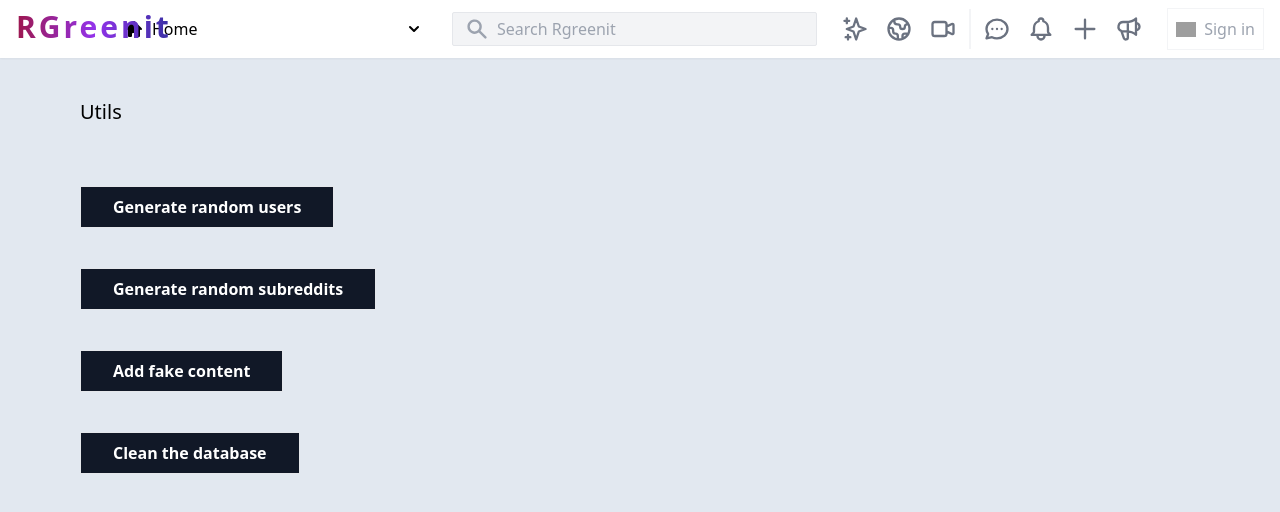
Repository: ITDevSolution/RGreen-it
Page: /utils
These files come from the project's save history. The page is drawn as it stood at one moment and after the next save; the edit follows.
The browser window is 1280 px wide. The pictures show the whole page.
Pictures or frames that could not be fetched are drawn as grey boxes. The page's requests for data from a server got no answer. The project was rebuilt for these pictures with package versions that can differ from the ones it lists, and the page was loaded fresh each time. The framework's server and built-in components were replaced by stand-ins that run in the browser. No one was signed in, and anything a server would have sent is missing. Also part of the build but not shown: next.config.js.

Above is the page before, as saved 2022-07-08 11:26:55.

### pages/_app.js
import "../styles/globals.css"
import { SessionProvider } from "next-auth/react"
import Header from "components/Header"

import { Toaster } from "react-hot-toast"

function MyApp({ Component, pageProps: { session, ...pageProps } }) {
  return (
    <SessionProvider session={session}>
      <Toaster />
      <div className="h-screen overflow-y-scroll bg-slate-200 ">
        <Header />
        <Component {...pageProps} />
      </div>
    </SessionProvider>
  )
}

export default MyApp

### pages/utils.js
import React from "react"

export default function Utils() {
  const tasks = [
    { task: "generate_users", description: "Generate random users" },
    { task: "generate_subreddits", description: "Generate random subreddits" },
    { task: "add_fake_content", description: "Add fake content" },
    { task: "clean_database", description: "Clean the database" },
  ]

  const Button = ({ task }) => (
    <div className="flex-1 mb-5">
      <button
        onClick={async () => {
          await fetch("/api/utils", {
            body: JSON.stringify({
              task: task.task,
            }),
            headers: {
              "Content-Type": "application/json",
            },
            method: "POST",
          })
        }}
        className="border px-8 py-2 mt-5 mr-8 font-bold rouned-full bg-gray-900 text-white"
      >
        {task.description}
      </button>
    </div>
  )
  return (
    <div className="mt-10  ml-20">
      <h2 className="mb-10 text-xl">Utils</h2>
      {tasks.map((task, index) => (
        <Button key={index} task={task} />
      ))}
    </div>
  )
}

### styles/globals.css
@tailwind base;
@tailwind components;
@tailwind utilities;

@layer components {
    .icon{
        @apply h-9 w-6 lg:w-9 cursor-pointer rounded-sm lg:p-1 lg:hover:bg-gray-100
    }

    .voteButtons {
        @apply h-6 w-6 hover:bg-gray-200 p-1 rounded-md
    }

    .postButtons {
        @apply flex items-center space-x-1 text-sm font-light p-2 hover:bg-gray-100 cursor-pointer rounded-sm
    }
}

### components/Header.js
import Image from "next/image"
import React from "react"
import {
  ChevronDownIcon,
  HomeIcon,
  MenuIcon,
  SearchIcon,
} from "@heroicons/react/solid"
import {
  BellIcon,
  ChatIcon,
  GlobeIcon,
  PlusIcon,
  SparklesIcon,
  SpeakerphoneIcon,
  VideoCameraIcon,
} from "@heroicons/react/outline"
import { signIn, signOut, useSession } from "next-auth/react"
import Link from "next/link"

function Header() {
  const { data: session, status } = useSession()

  return (
    <div className="sticky top-0 z-50 flex bg-white px-4 py-2 shadow-sm items-center">
      {/* logo */}
      <div className="relative h-10 w-20 flex-shrink-0 cursor-pointer">
        <Link href={`/`}>
          {/* <Image
            src={`https://res.cloudinary.com/joeloff-dev/image/upload/v1656506700/Reddit_logo_new.svg_mxmb5x.png`}
            layout="fill"
            objectFit="contain"
          /> */}
          <span className="bg-gradient-to-r from-pink-800 via-purple-600 to-indigo-800 bg-clip-text align-middle text-3xl font-black tracking-widest text-transparent ">
            RGreenit
          </span>
        </Link>
      </div>
      {/* Home */}
      <div className="mx-7 flex items-center xl:min-w-[300px]">
        <HomeIcon className="h-5 w-5" />
        <p className="ml-2 hidden flex-1 lg:inline">Home</p>
        <ChevronDownIcon className="h-5 w-5" />
      </div>
      {/* Search box */}
      <form className="flex flex-1 items-center space-x-2 rounded-sm border border-gray-200 bg-gray-100 px-3 py-1 ">
        <SearchIcon className="h-6 w-6 text-gray-400" />
        <input
          type="text"
          placeholder="Search Rgreenit"
          className="flex-1 bg-transparent outline-none"
        />
        <button type="submit" hidden></button>
      </form>
      {/* User Action icons */}
      <div className="hidden lg:inline-flex text-gray-500 space-x-2 items-center mx-5">
        <SparklesIcon className="icon" />
        <GlobeIcon className="icon" />
        <VideoCameraIcon className="icon" />
        <hr className="h-10 border border-gray-100" />
        <ChatIcon className="icon" />
        <BellIcon className="icon" />
        <PlusIcon className="icon" />
        <SpeakerphoneIcon className="icon" />
      </div>
      {/* Menu mobile */}
      <div className="ml-5 flex items-center lg:hidden">
        <MenuIcon className="icon" />
      </div>

      {/* Sign in / Sign Out button */}
      {session ? (
        <div
          onClick={() => signOut()}
          className="hidden lg:flex items-center space-x-2 border border-gray-100 p-2 cursor-pointer"
        >
          {/* wrap Image */}
          <div className="relative h-5 w-5 flex-shrink-0">
            <Image
              src={`https://res.cloudinary.com/joeloff-dev/image/upload/v1656522740/reddit-icon-robot_sell1a.png`}
              layout="fill"
              objectFit="contain"
            />
          </div>
          {/* text signin */}
          <div className="flex-1 text-xs">
            <p className="truncate">{session?.user?.name}</p>
            <p className="text-gray-400">1 Karma</p>
          </div>
          <ChevronDownIcon className="h-5 flex-shrink-0 text-gray-400" />
        </div>
      ) : (
        <div
          onClick={() => signIn()}
          className="hidden lg:flex items-center space-x-2 border border-gray-100 p-2 cursor-pointer"
        >
          {/* wrap Image */}
          <div className="relative h-5 w-5 flex-shrink-0">
            <Image
              src={`https://res.cloudinary.com/joeloff-dev/image/upload/v1656522740/reddit-icon-robot_sell1a.png`}
              layout="fill"
              objectFit="contain"
            />
          </div>
          {/* text signin */}
          <p className="text-gray-400">Sign in</p>
        </div>
      )}
    </div>
  )
}

export default Header

Loaded but not shown: tailwind.config.js (common file)

After the next save:
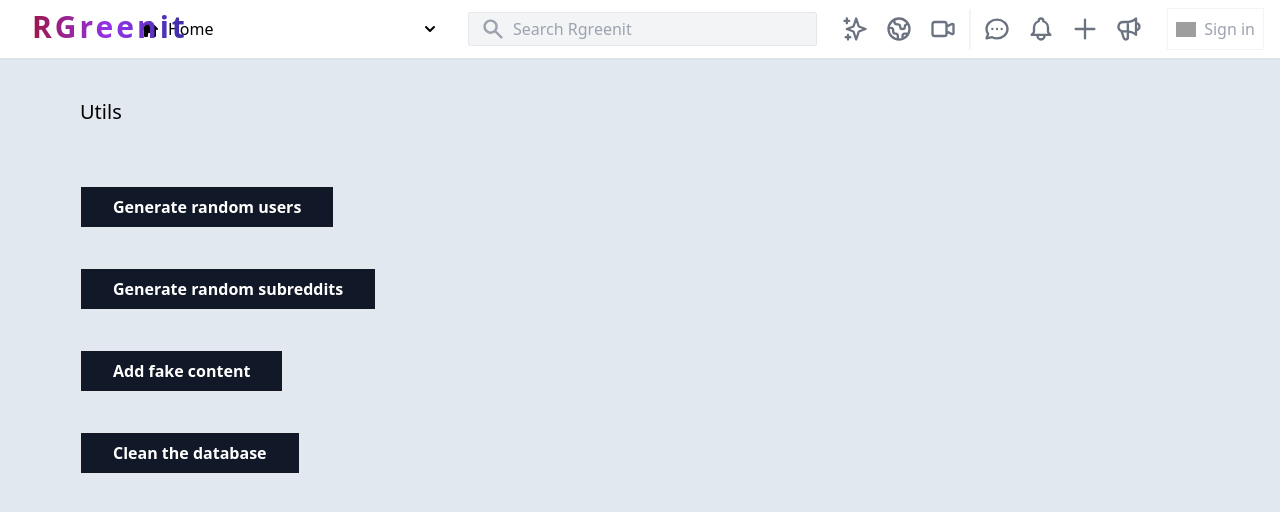
Saved 41 s later.
--- a/components/Header.js
+++ b/components/Header.js
@@ -24,7 +24,7 @@ function Header() {
   return (
     <div className="sticky top-0 z-50 flex bg-white px-4 py-2 shadow-sm items-center">
       {/* logo */}
-      <div className="relative h-10 w-20 flex-shrink-0 cursor-pointer">
+      <div className="relative h-10 w-20 flex-shrink-0 cursor-pointer ml-4">
         <Link href={`/`}>
           {/* <Image
             src={`https://res.cloudinary.com/joeloff-dev/image/upload/v1656506700/Reddit_logo_new.svg_mxmb5x.png`}
